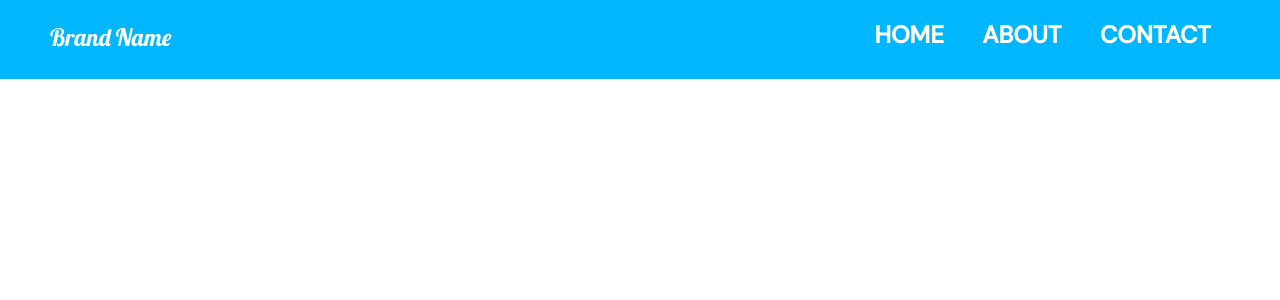
Repository: Jrap-bit/PeriodofSharing
Page: index.html
The author's editor kept a copy of each file at every save. The page is drawn from the files as they stood at one save, then again after the next save.
The browser window is 1280 px wide. The pictures show the whole page.

Above is the page before, as saved 2022-01-13 21:23:27.

After the next save:
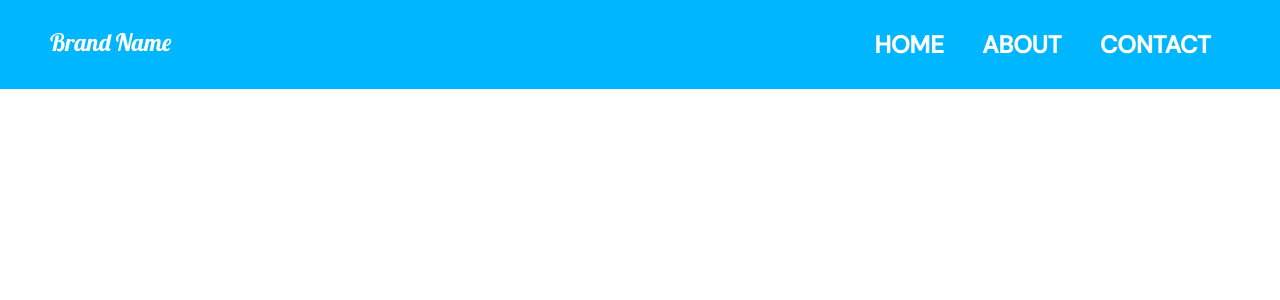
Saved 18 s later.
--- a/style.css
+++ b/style.css
@@ -33,7 +33,7 @@ html{
 }
 
 .navbar-links ul{
-    margin: 0 50px 10px 50px;
+    margin: 10px 50px 10px 50px;
     padding: 0;
     display: flex;
 }
